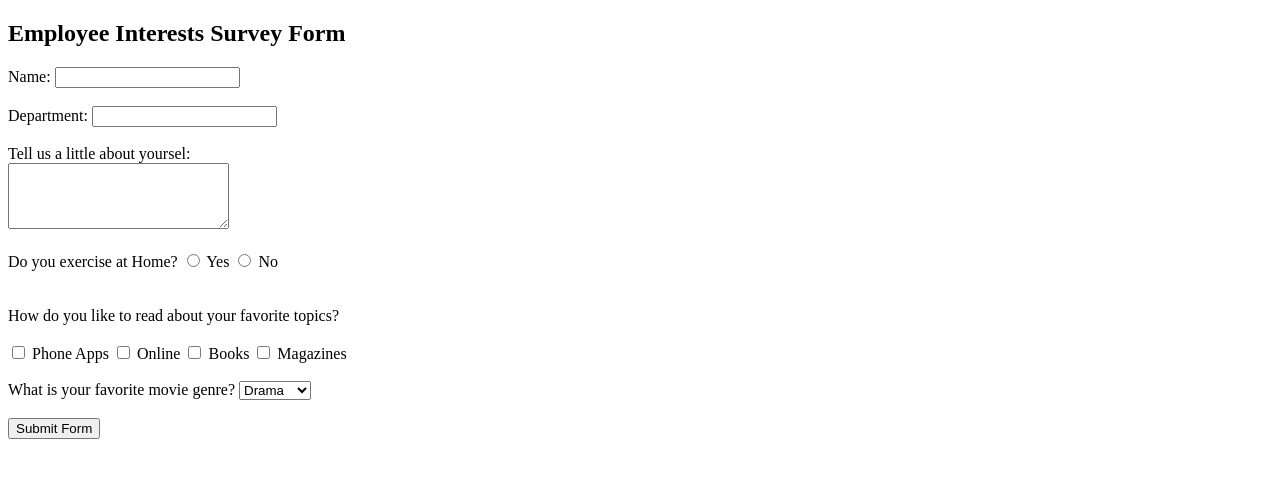
Repository: JoaoLemesDEV/Exercise-Survey-Form
Page: index.html
An editor plug-in stored every save of this project. The page is shown before and after a run of saves, followed by the edit.
The browser window is 1280 px wide. The pictures show the whole page.

Above is the page before, as saved 2021-10-10 18:37:30.

### index.html
<!DOCTYPE html>
<html lang="en">
  <head>
    <meta charset="UTF-8" />
    <meta http-equiv="X-UA-Compatible" content="IE=edge" />
    <meta name="viewport" content="width=device-width, initial-scale=1.0" />
    <title>Survey Form</title>
  </head>
  <body>
    <form action="">
      <h2>Employee Interests Survey Form</h2>
      <label for="name">Name: </label>
      <input type="text" name="name" id="" required /><br /><br />
      <label for="dep">Department:</label>
      <input type="text" name="dep" id="" required /><br /><br />
      <label for="message">Tell us a little about yoursel:</label><br />
      <textarea name="message" id="message" cols="25" rows="4"></textarea><br/><br>
      <label for="question01">Do you exercise at Home?</label>
      <input type="radio" name="question01" id="question01" />
      <label for="question01">Yes</label>
      <input type="radio" name="question01" id="question01" />
      <label for="question01">No</label><br /><br /><br>
      <label for="">How do you like to read about your favorite topics?</label
      ><br /><br />
      <input type="checkbox" name="" id="" />
      <label for="">Phone Apps</label>
      <input type="checkbox" name="" id="" />
      <label for="">Online</label>
      <input type="checkbox" name="" id="" />
      <label for="">Books</label>
      <input type="checkbox" name="" id="" />
      <label for="">Magazines</label><br /><br />
      <label for="">What is your favorite movie genre?</label>
      <select name="" id="">
        <option value="">Drama</option>
        <option value="">Terror</option>
        <option value="">Comedy</option>
        <option value="">Horror</option>
        <option value="">Action</option>
      </select><br><br>
      <input type="submit" value="Submit Form">
    </form>
  </body>
</html>

After the next 2 saves:
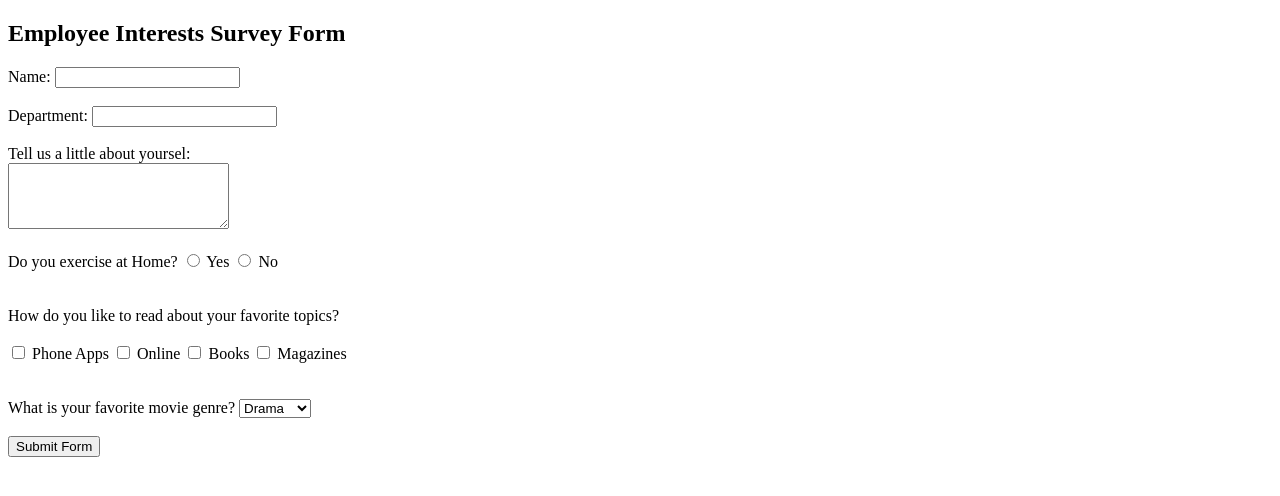
The 2 saves are shown as one change because they came seconds apart.
The last was saved 9 s later.
--- a/index.html
+++ b/index.html
@@ -29,7 +29,7 @@
       <input type="checkbox" name="" id="" />
       <label for="">Books</label>
       <input type="checkbox" name="" id="" />
-      <label for="">Magazines</label><br /><br />
+      <label for="">Magazines</label><br /><br /><br>
       <label for="">What is your favorite movie genre?</label>
       <select name="" id="">
         <option value="">Drama</option>
